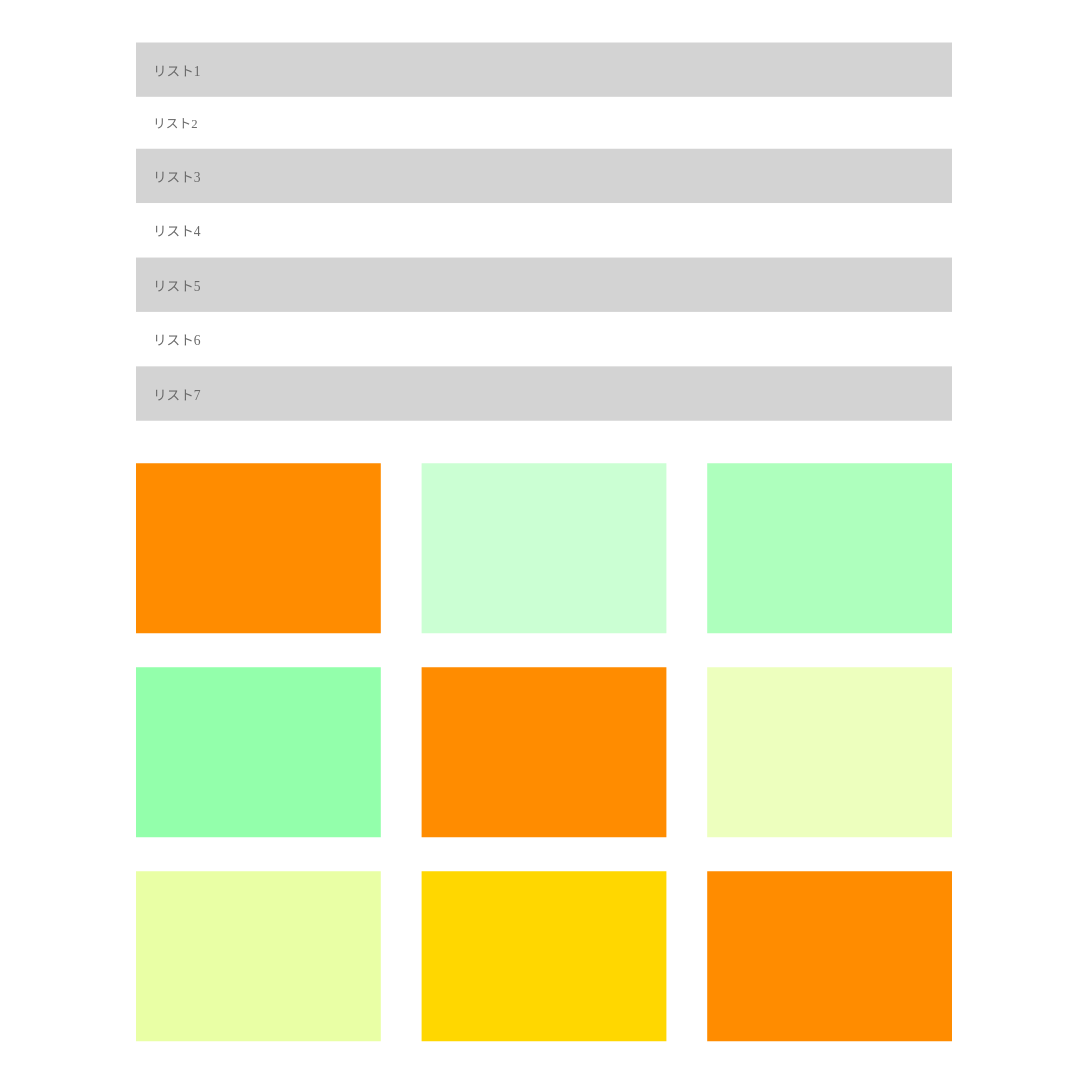
Repository: Raychel-310/chapter10
Page: chapter8_exercise/chapter8_exercise.html
The author's editor kept a record of every edit. The page is drawn from the files as they stood at one moment, then again after the next edit.
The browser window is 1280 px wide. The pictures show the whole page, at 85% of full size.

Above is the page before.

### chapter8_exercise/chapter8_exercise.html
<!DOCTYPE html>
<html lang="ja">
  <head>
    <meta charset="UTF-8" />
    <!-- CSSファイルの読み込み -->
    <link rel="stylesheet" href="chapter8_exercise.css" />
    <title>service</title>
  </head>

  <body>
    <main>
    <div class="list1">
      <p>
        リスト1
      </p>
    </div>
    <div class="list2">
      <p>
        リスト2
      </p>
    </div>
    <div class="list3">
      <p>
        リスト3
      </p>
    </div>
    <div class="list4">
      <p>
        リスト4
      </p>
    </div>
    <div class="list5">
      <p>
        リスト5
      </p>
    </div>
    <div class="list6">
      <p>
        リスト6
      </p>
    </div>
    <div class="list7">
      <p>
        リスト7
      </p>
    </div>

    <div class="box-list">
      <div class="box1"></div>
      <div class="box2"></div>
      <div class="box3"></div>
      <div class="box4"></div>
      <div class="box5"></div>
      <div class="box6"></div>
      <div class="box7"></div>
      <div class="box8"></div>
      <div class="box9"></div>

    </div>
    </main>
  </body>

### chapter8_exercise/chapter8_exercise.css
* {
  margin: 0;
  padding: 0;
  box-sizing: border-box;
}

main {
  width: 960px;
  margin: 50px auto;
}

.list1 {
background:#d3d3d3; /*背景色の指定*/
padding-top:20px;
padding-left: 20px;
padding-bottom: 20px;
color: #696969;
}

.list1 p {
margin:0;
padding:0;
}

.list2 {
background:#ffffff; /*背景色の指定*/
padding-top:20px;
padding-left: 20px;
padding-bottom: 20px;
color: #696969;
font-size: 15px;
}

.list2 p {
margin:0;
padding:0;
}

.list3 {
background:#d3d3d3; /*背景色の指定*/
padding-top:20px;
padding-left: 20px;
padding-bottom: 20px;
color: #696969;
}

.list3 p {
margin:0;
padding:0;
}

.list4 {
background:#ffffff; /*背景色の指定*/
padding-top:20px;
padding-left: 20px;
padding-bottom: 20px;
color: #696969;
}

.list4 p {
margin:0;
padding:0;
}

.list5 {
background:#d3d3d3; /*背景色の指定*/
padding-top:20px;
padding-left: 20px;
padding-bottom: 20px;
color: #696969;
}

.list5 p {
margin:0;
padding:0;
}

.list6 {
background:#ffffff; /*背景色の指定*/
padding-top:20px;
padding-left: 20px;
padding-bottom: 20px;
color: #696969;
}

.list6 p {
margin:0;
padding:0;
}

.list7 {
background:#d3d3d3; /*背景色の指定*/
padding-top:20px;
padding-left: 20px;
padding-bottom: 20px;
color: #696969;
}

.list7 p {
margin:0;
padding:0;
}

.box-list {
  display: flex;
  flex-wrap: wrap;
}

.box1 {
  width: 30%;
  height: 200px;
  background-color: #ff8c00;
  margin-top: 50px;
  margin-right: 5%;
  margin-bottom: 40px;
}

.box2 {
  width: 30%;
  height: 200px;
  background-color: #cbffd3;
  margin-top: 50px;
  margin-right: 5%;
  margin-bottom: 40px;
}

.box3 {
  width: 30%;
  height: 200px;
  background-color: #aeffbd;
  margin-top: 50px;
  margin-bottom: 40px;
}

.box4 {
  width: 30%;
  height: 200px;
  background-color: #93ffab;
  margin-right: 5%;
  margin-bottom: 40px;
}

.box5 {
  width: 30%;
  height: 200px;
  background-color: #ff8c00;
  margin-right: 5%;
  margin-bottom: 40px;
}

.box6 {
  width: 30%;
  height: 200px;
  background-color: #edffbe;
  margin-bottom: 40px;
}

.box7 {
  width: 30%;
  height: 200px;
  background-color: #e9ffa5;
  margin-right: 5%;
}

.box8 {
  width: 30%;
  height: 200px;
  background-color: #ffd700;
  margin-right: 5%;
}

.box9 {
  width: 30%;
  height: 200px;
  background-color: #ff8c00;
}

After the next edit:
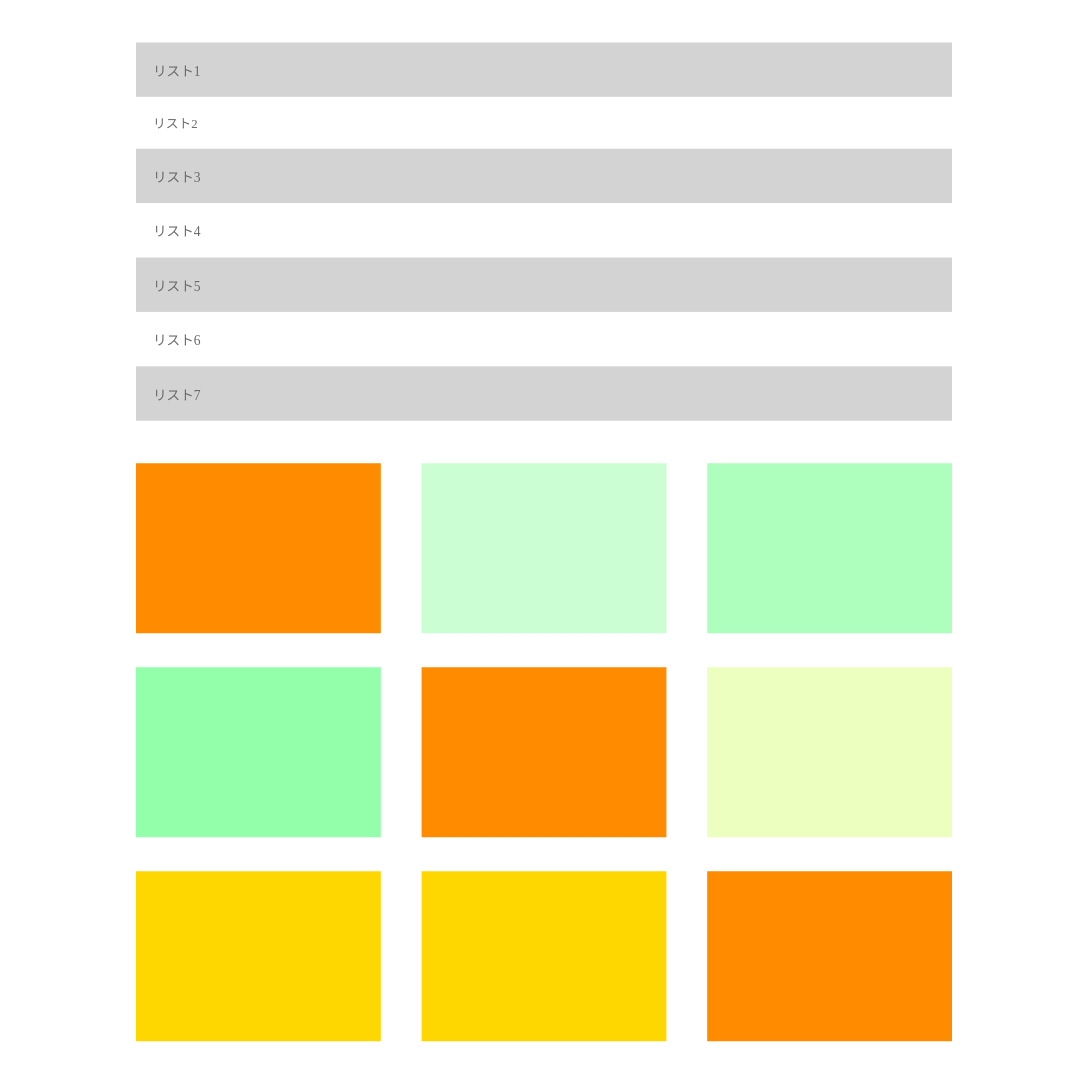
The edit:
--- a/chapter8_exercise/chapter8_exercise.css
+++ b/chapter8_exercise/chapter8_exercise.css
@@ -158,7 +158,7 @@
 .box7 {
   width: 30%;
   height: 200px;
-  background-color: #e9ffa5;
+  background-color: #ffd700;
   margin-right: 5%;
 }
 
